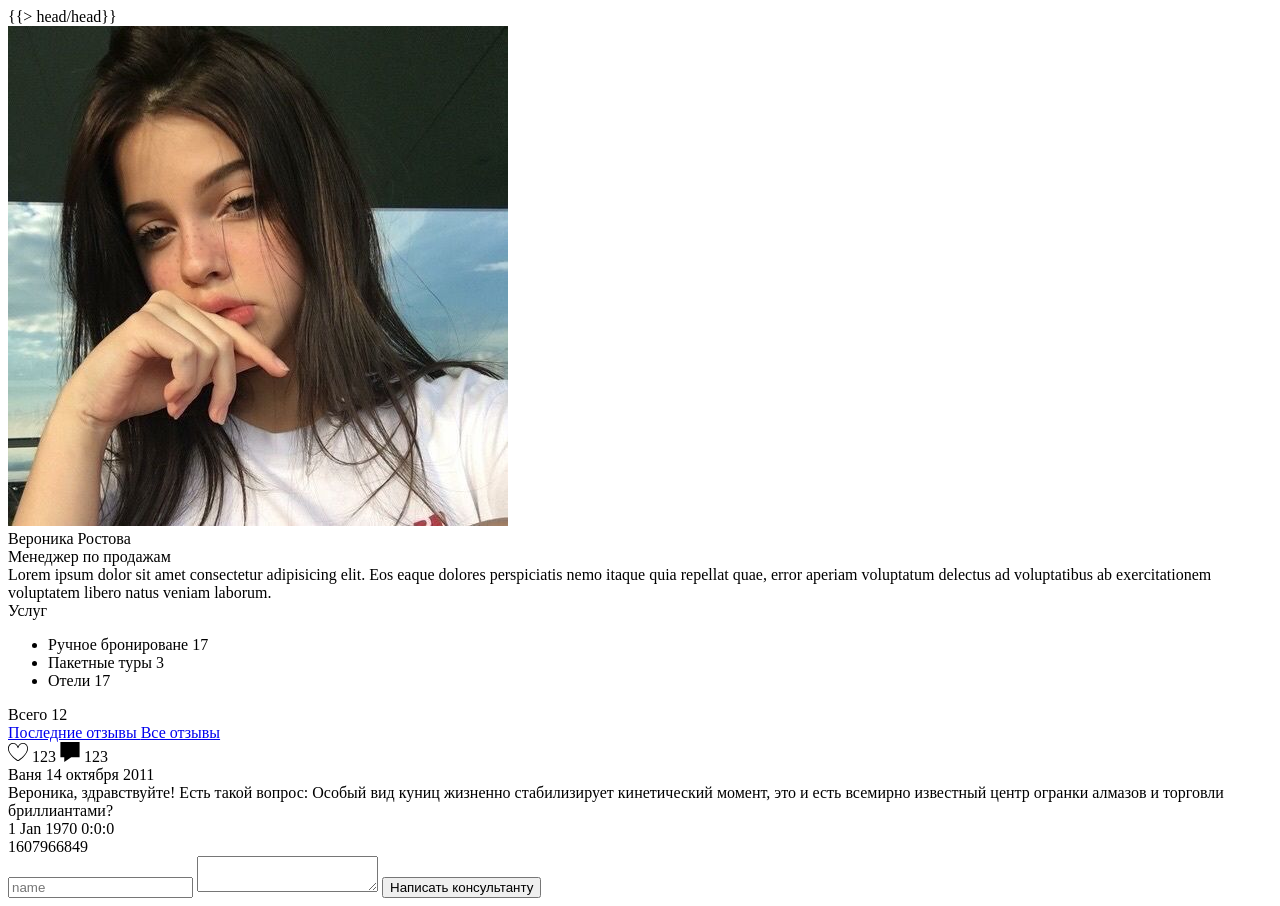
Repository: NuclMe/091220201051
Page: src/index.html
An editor plug-in stored every save of this project. The page is shown before and after the next save, followed by the edit.
The browser window is 1280 px wide. The pictures show the whole page.

Above is the page before, as saved 2020-12-14 18:27:01.

After the next save:
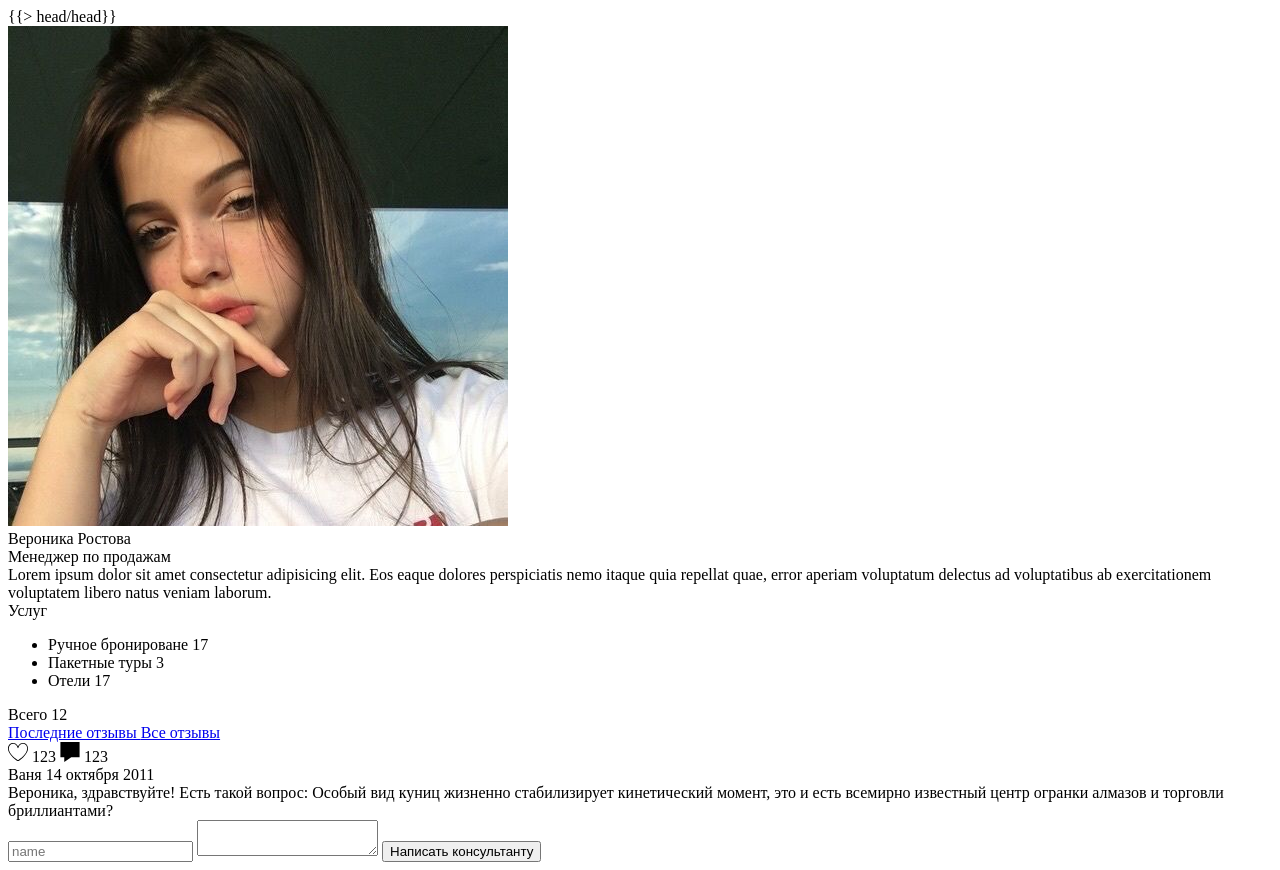
Console error: SyntaxError: Unexpected token ')'
Saved 2 min 6 s later.
--- a/src/js/main.js
+++ b/src/js/main.js
@@ -1,7 +1,10 @@
+document.addEventListener("DOMContentLoaded", function(e) {
 
-let comments = [];
+  let comments = [];
 
-document.addEventListener("DOMContentLoaded", function(e) {
+
+
+document.getElementById('comment-add').onclick = function(){
 
     let name = document.getElementById('name');
     let textarea = document.getElementById('name')
@@ -57,3 +60,4 @@ document.addEventListener("DOMContentLoaded", function(e) {
     var time = date + ' ' + month + ' ' + year + ' ' + hour + ':' + min + ':' + sec ;
     return time;
   }
+})
